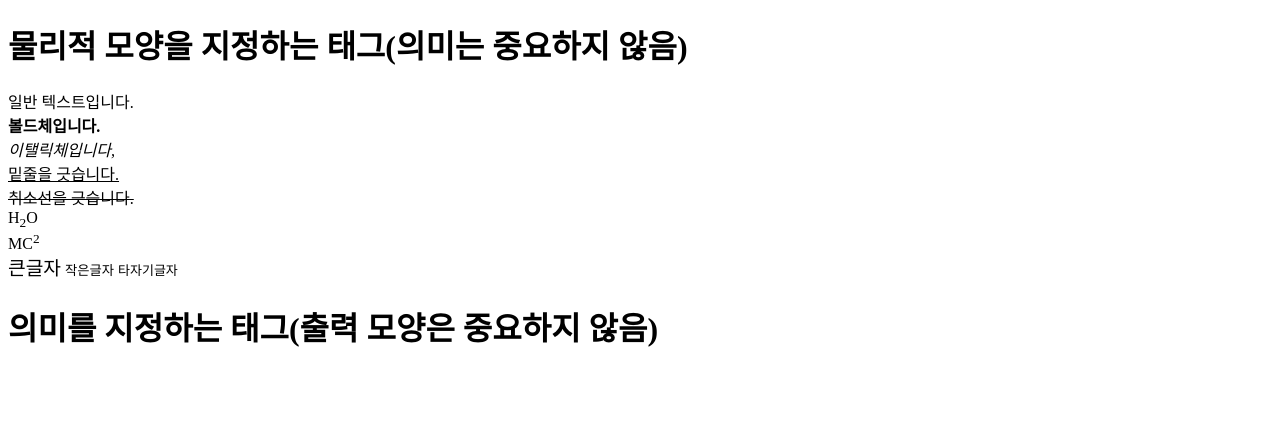
Repository: ssj5037/Class-Study
Page: [5] HTML, CSS, JavaScript/ClientTest/WebContent/Ex09_style.html
These files come from the project's save history. The page is drawn as it stood at one moment and after the next save; the edit follows.
The browser window is 1280 px wide. The pictures show the whole page.

Above is the page before, as saved 2020-06-19 00:45:46.

### [5] HTML, CSS, JavaScript/ClientTest/WebContent/Ex09_style.html
<!DOCTYPE html>
<html>
<head>
<meta charset="UTF-8">
<title>Insert title here</title>
</head>
<body>

	<!-- Ex09_style.html -->

	<h1>물리적 모양을 지정하는 태그(의미는 중요하지 않음)</h1>
	일반 텍스트입니다.<br>
	<b>볼드체입니다.</b><br> <!-- bold -->
	<i>이탤릭체입니다,</i><br> <!-- italic -->
	<u>밑줄을 긋습니다.</u><br> <!-- underline -->
	<strike>취소선을 긋습니다.</strike><br>
	H<sub>2</sub>O<br> <!-- 밑첨자 -->
	MC<sup>2</sup><br> <!-- 윗첨자 -->
	<big>큰글자</big>
	<small>작은글자</small>
	<tt>타자기글자</tt>

	<h1>의미를 지정하는 태그(출력 모양은 중요하지 않음)</h1>

</body>
</html>

After the next save:
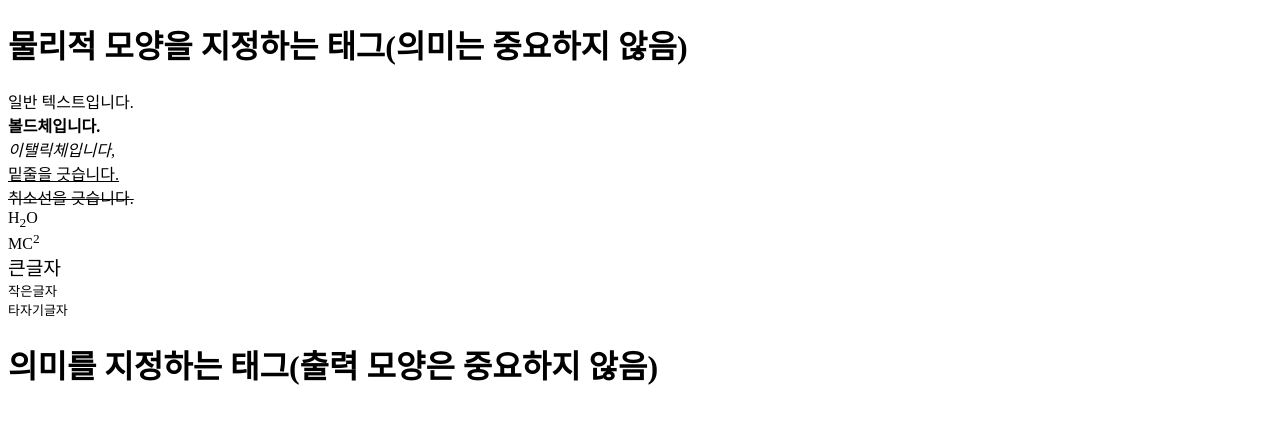
Saved 20 s later.
--- a/[5] HTML, CSS, JavaScript/ClientTest/WebContent/Ex09_style.html
+++ b/[5] HTML, CSS, JavaScript/ClientTest/WebContent/Ex09_style.html
@@ -16,8 +16,8 @@
 	<strike>취소선을 긋습니다.</strike><br>
 	H<sub>2</sub>O<br> <!-- 밑첨자 -->
 	MC<sup>2</sup><br> <!-- 윗첨자 -->
-	<big>큰글자</big>
-	<small>작은글자</small>
+	<big>큰글자</big><br>
+	<small>작은글자</small><br>
 	<tt>타자기글자</tt>
 
 	<h1>의미를 지정하는 태그(출력 모양은 중요하지 않음)</h1>
